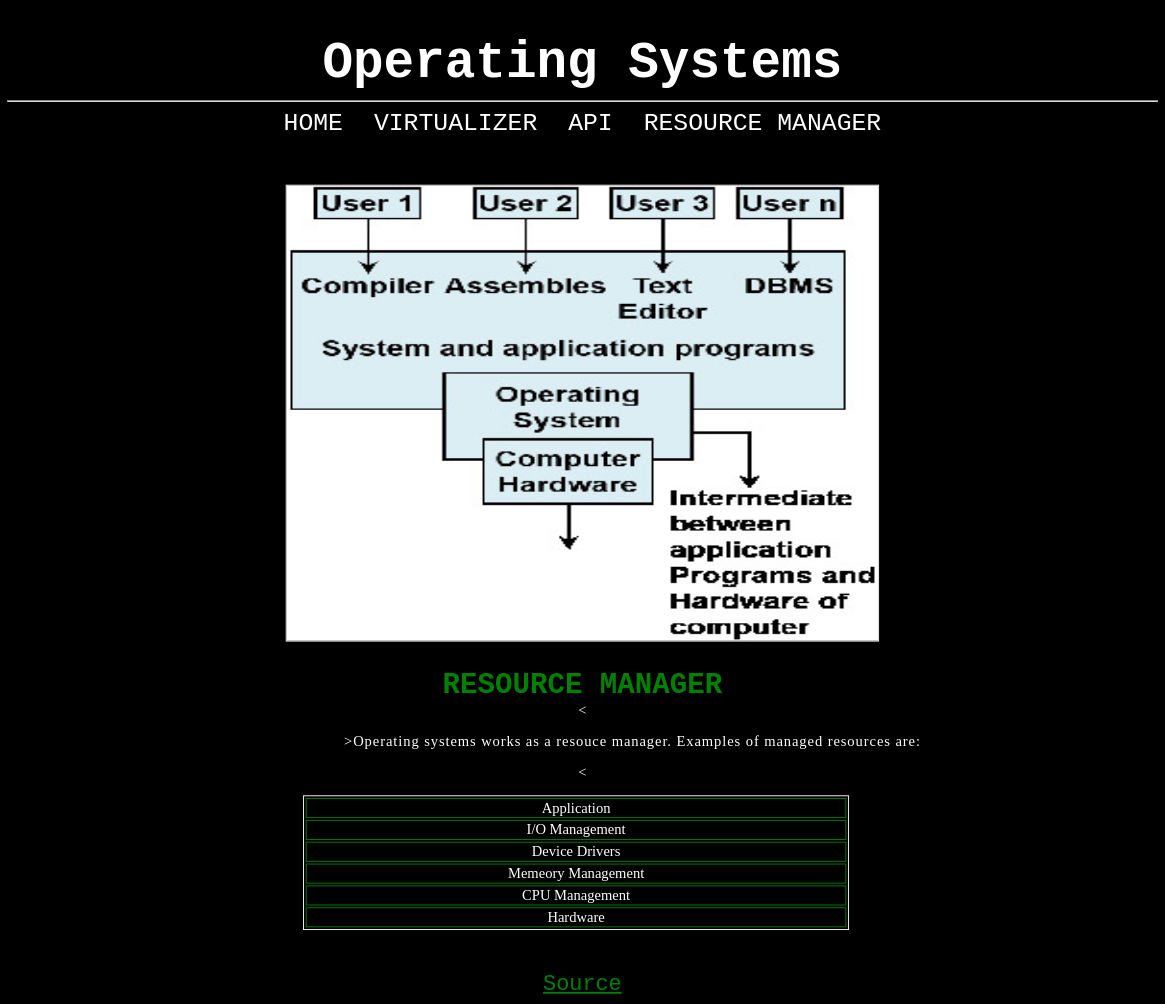
Repository: ctm93/website2
Page: http://localhost/page4.php
The author's editor kept a record of every edit. The page is drawn from the files as they stood at one moment, then again after the next edit.
The browser window is 1280 px wide. The pictures show the whole page, at 91% of full size.
Some web fonts or font styles are not loaded; a fallback is used. The page is run by PHP 8.4 with error messages shown; the project is at /var/www/html/.

Above is the page before.

After the next edit:
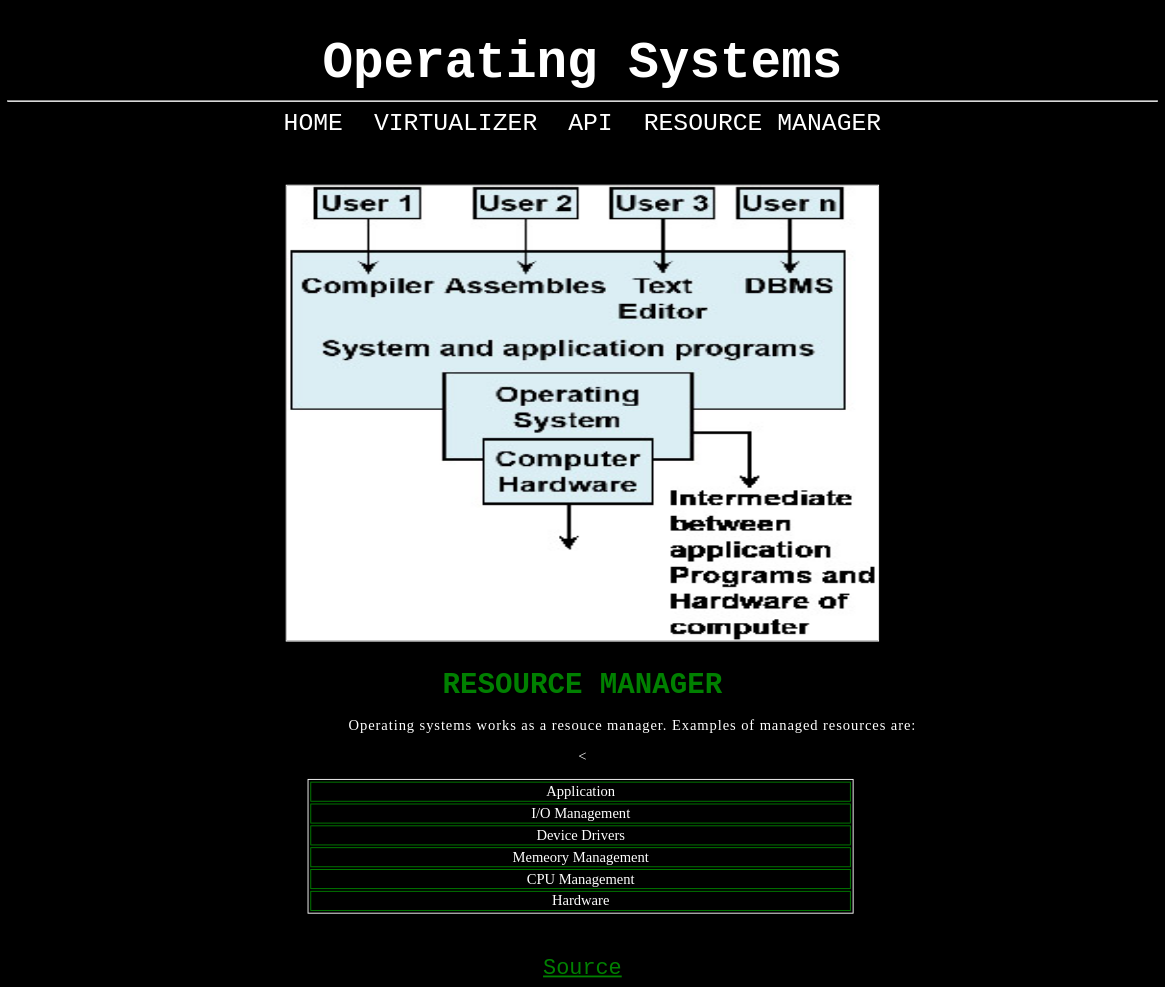
The edit:
--- a/page4.php
+++ b/page4.php
@@ -32,7 +32,7 @@
 
                 <h2>RESOURCE MANAGER</h2>
 
-                <<p class ="p2">>Operating systems works as a resouce manager. Examples of managed resources are:</p>
+                <p class ="p2">Operating systems works as a resouce manager. Examples of managed resources are:</p>
 
             <<p class ="p3">
                 <table>
